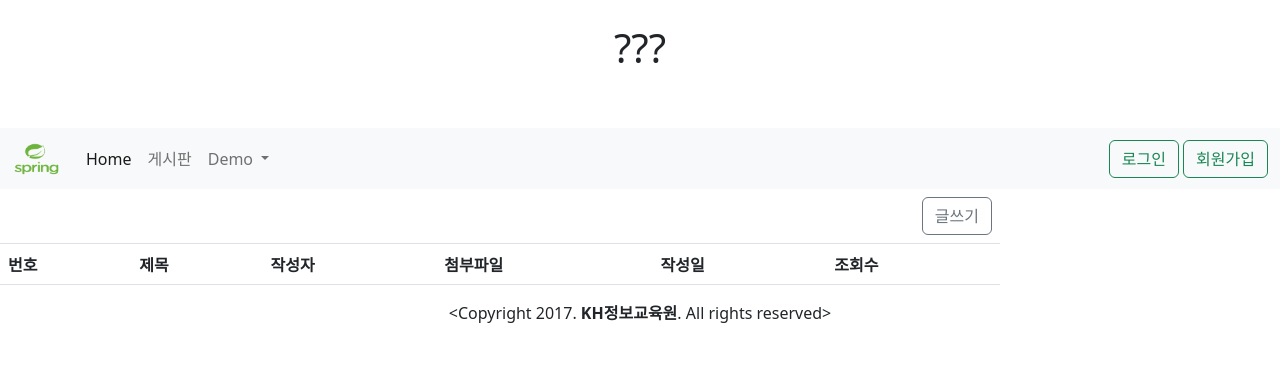
Repository: pcj0310/06_springWork
Page: http://localhost/springProject/WEB-INF/views/board/boardList.jsp
The author's editor kept a copy of each file at every save. The page is drawn from the files as they stood at one save, then again after the next save.
The browser window is 1280 px wide. The pictures show the whole page.
The page is served by Tomcat 9. Nobody is signed in. The template is opened directly, without the code that normally fills it, so the values that code supplies are empty.

Above is the page before, as saved 2023-06-16 05:52:57.

After the next save:
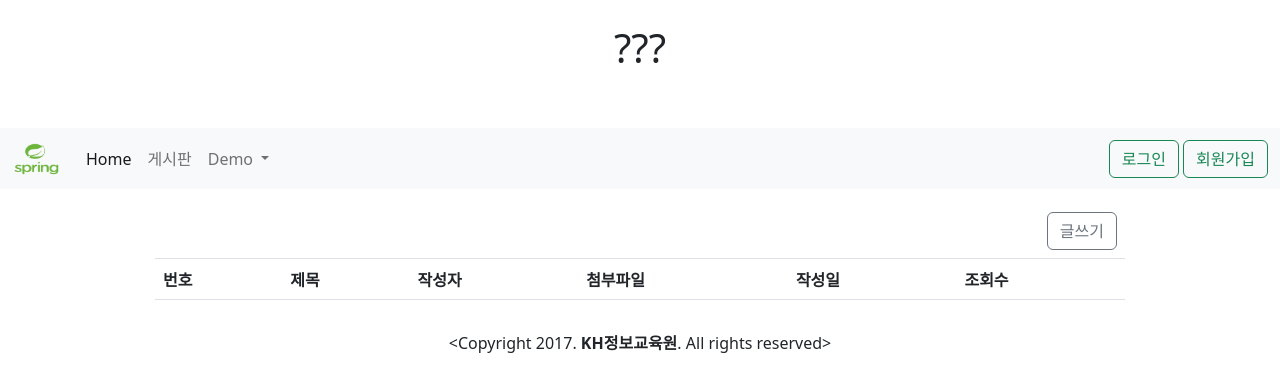
Saved 91 s later.
--- a/springProject/src/main/webapp/WEB-INF/views/board/boardList.jsp
+++ b/springProject/src/main/webapp/WEB-INF/views/board/boardList.jsp
@@ -6,7 +6,8 @@
 <style>
 	#container {
 		width: 1000px;
-		margin=""
+		margin: auto;
+		padding:15px;
 	}
 </style>
 <jsp:include page="/WEB-INF/views/common/header.jsp">
@@ -28,6 +29,8 @@
 			<th scope="col">작성일</th>
 			<th scope="col">조회수</th>
 		</tr>
+		<tr>
+		</tr>
 	</table>
 </div>
 <jsp:include page="/WEB-INF/views/common/footer.jsp" />
